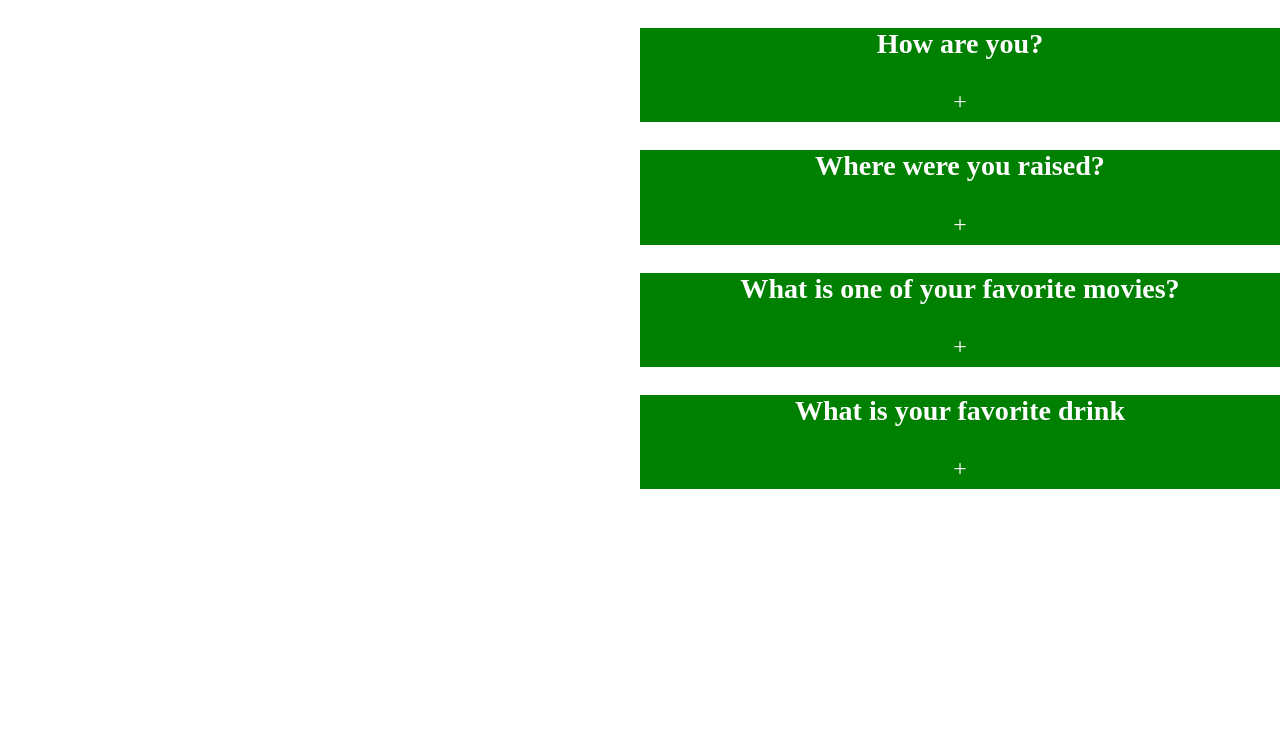
Repository: kosenijr/react-projects
Page: / (app in accordion/)
These files come from the project's save history. The page is drawn as it stood at one moment and after the next save; the edit follows.
The browser window is 1280 px wide. The pictures show the whole page.
The project was rebuilt for these pictures with package versions that can differ from the ones it lists, and the page was loaded fresh each time.

Above is the page before, as saved 2024-03-02 22:41:18.

### accordion/src/App.js
import React from "react";
import "./App.css";
import Accordion from "./components/Accordion";

function App() {
  return (
    <div className="App">
      <Accordion />
    </div>
  );
}

export default App;

### accordion/src/components/Accordion.js
import React, { useState } from "react";
import "../styles/Accordion.css";
import data from "../data";

function Accordion() {
  // setting up useState
  const [selected, setSelected] = useState(null);
  // setting up handling
  const handleSingleSelection = (getCurrentId) => {
    console.log(selected, getCurrentId);
    // setSelected(getCurrentId === selected ? null : getCurrentId); // keep add condition for closure
    setSelected(selected !== getCurrentId ? getCurrentId : null)
  };

  return (
    <div className="wrapper">
      {/* single selection accordion */}
      <div className="accordion">
        {data && data.length > 0 ? (
          data.map((dataItem) => (
            <div className="item" key={dataItem.id}>
              {" "}
              {/* always remember to add key */}
              <div
                className="title"
                onClick={() => handleSingleSelection(dataItem.id)}
              >
                <h3>{dataItem.question}</h3>
                <span>+</span>
              </div>
              {selected === dataItem.id ? (
                <div className="content ">{dataItem.answer}</div>
              ) : null}
            </div>
          ))
        ) : (
          <div>No data found!</div>
        )}
      </div>
    </div>
  );
}

export default Accordion;

### accordion/src/styles/Accordion.css
.wrapper {
  height: 100vh;
  width: 100vw
}
.accordion {
  color: white;
}

.item {
  background-color: green;
  font-size: 1.5em;
  font-family: "Raleway", "Times New Roman";

  margin-left: auto;
  padding-bottom: 1vh;
  width: 50vw;
}

.content {
  font-size: 1.2em;
  font-family:  "Raleway", "Times New Roman";
  font-weight: 700;
}

### accordion/src/data.js
const data = [
  {
    id: 1,
    question: "How are you?",
    answer: "I am well!",
  },

  {
    id: 2,
    question: "Where were you raised?",
    answer: "I was raised in Queens.",
  },

  {
    id: 3,
    question: "What is one of your favorite movies?",
    answer: "Harlem Nights",
  },

  {
    id: 4,
    question: "What is your favorite drink",
    answer: "Water",
  },
];

export default data;

Loaded but not shown: accordion/public/index.html (common file); accordion/src/index.js (common file); accordion/src/index.css (common file); accordion/src/reportWebVitals.js (common file); accordion/src/App.css (common file)

After the next save:
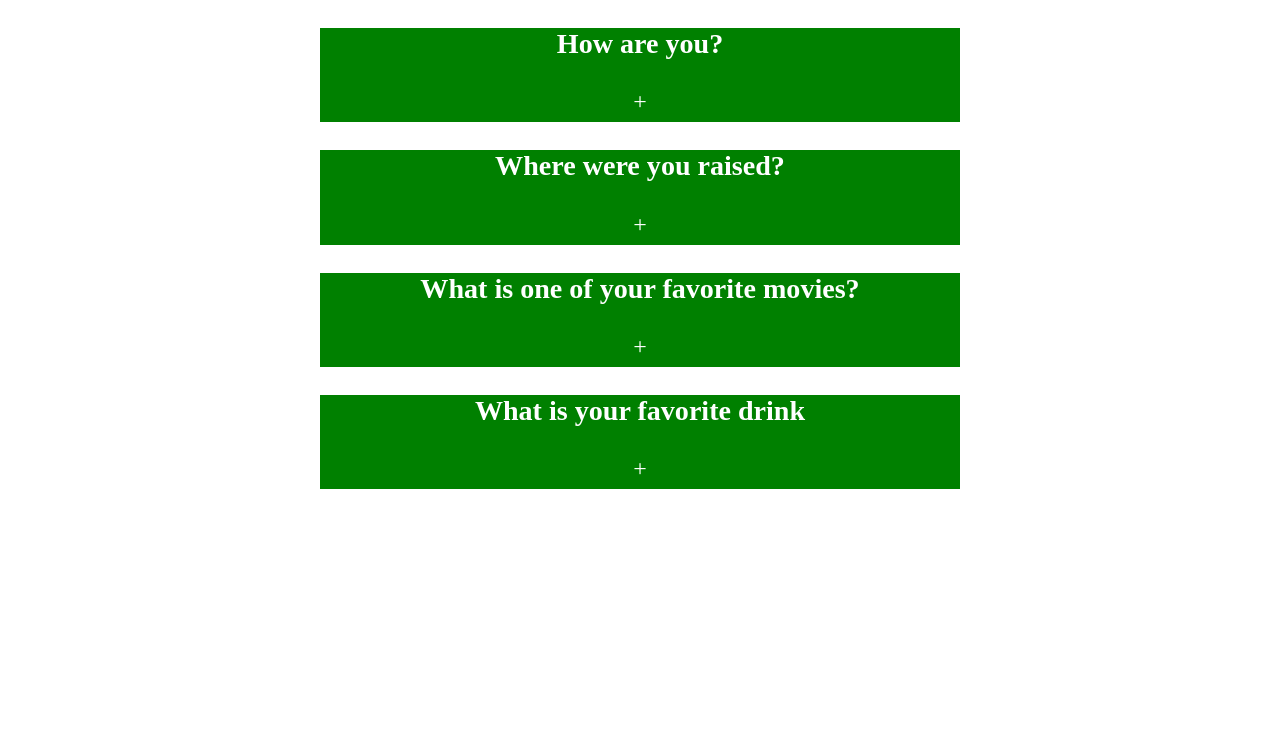
Saved 7 s later.
--- a/accordion/src/styles/Accordion.css
+++ b/accordion/src/styles/Accordion.css
@@ -11,7 +11,7 @@
   font-size: 1.5em;
   font-family: "Raleway", "Times New Roman";
 
-  margin-left: auto;
+  margin: 0 auto;
   padding-bottom: 1vh;
   width: 50vw;
 }
